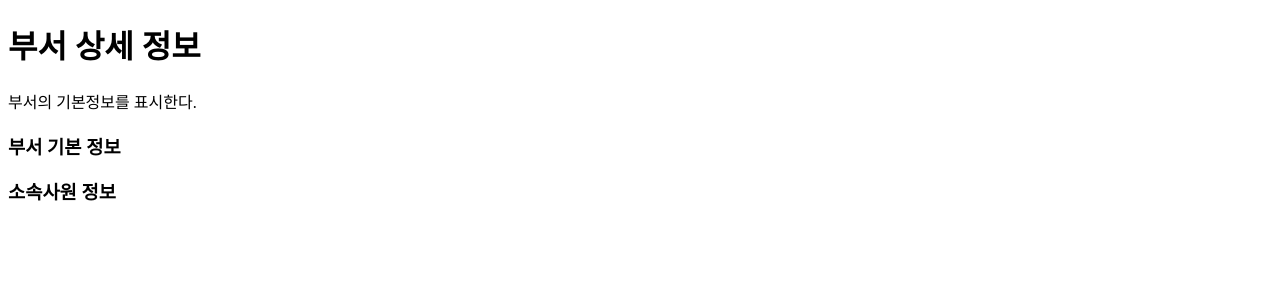
Repository: onuo77/HTA
Page: http://localhost/sample/hr/dept/detail.jsp
These files come from the project's save history. The page is drawn as it stood at one moment and after the next save; the edit follows.
The browser window is 1280 px wide. The pictures show the whole page.
The page is served by Tomcat 9. Other server files are loaded and not shown.

Above is the page before, as saved 2021-05-21 00:41:37.

### java-web/sample/src/main/webapp/hr/dept/detail.jsp
<%@ page language="java" contentType="text/html; charset=UTF-8"
    pageEncoding="UTF-8"%>
<!DOCTYPE html>
<html>
<head>
<meta charset="UTF-8">
<title>인사관리 :: 부서관리</title>
</head>
<body>
	<h1>부서 상세 정보</h1>
	<p>
		부서의 기본정보를 표시한다.
	</p>

	<h3>부서 기본 정보</h3>

	<h3>소속사원 정보</h3>
</body>
</html>

After the next save:
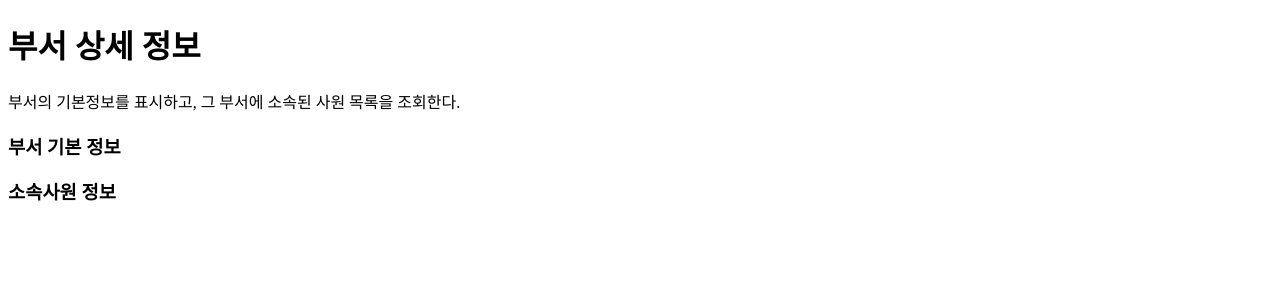
Saved 31 s later.
--- a/java-web/sample/src/main/webapp/hr/dept/detail.jsp
+++ b/java-web/sample/src/main/webapp/hr/dept/detail.jsp
@@ -9,7 +9,7 @@
 <body>
 	<h1>부서 상세 정보</h1>
 	<p>
-		부서의 기본정보를 표시한다.
+		부서의 기본정보를 표시하고, 그 부서에 소속된 사원 목록을 조회한다.
 	</p>
 
 	<h3>부서 기본 정보</h3>
